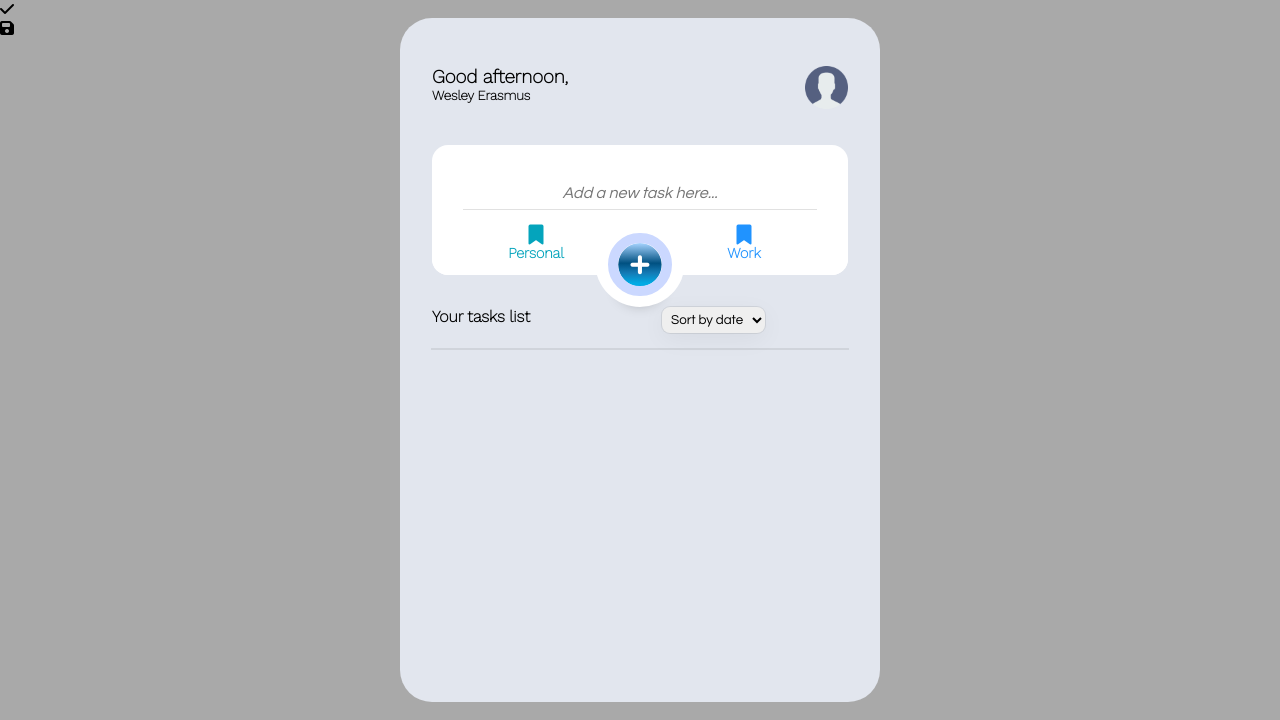
Repository: WesleyErasmus/Todo-App
Page: todoApp.html
The author's editor kept a copy of each file at every save. The page is drawn from the files as they stood at one save, then again after the next save.
The browser window is 1280 px wide. The pictures show the whole page.
Some web libraries are served in a nearby version.

Above is the page before, as saved 2022-06-13 14:31:21.

After the next save:
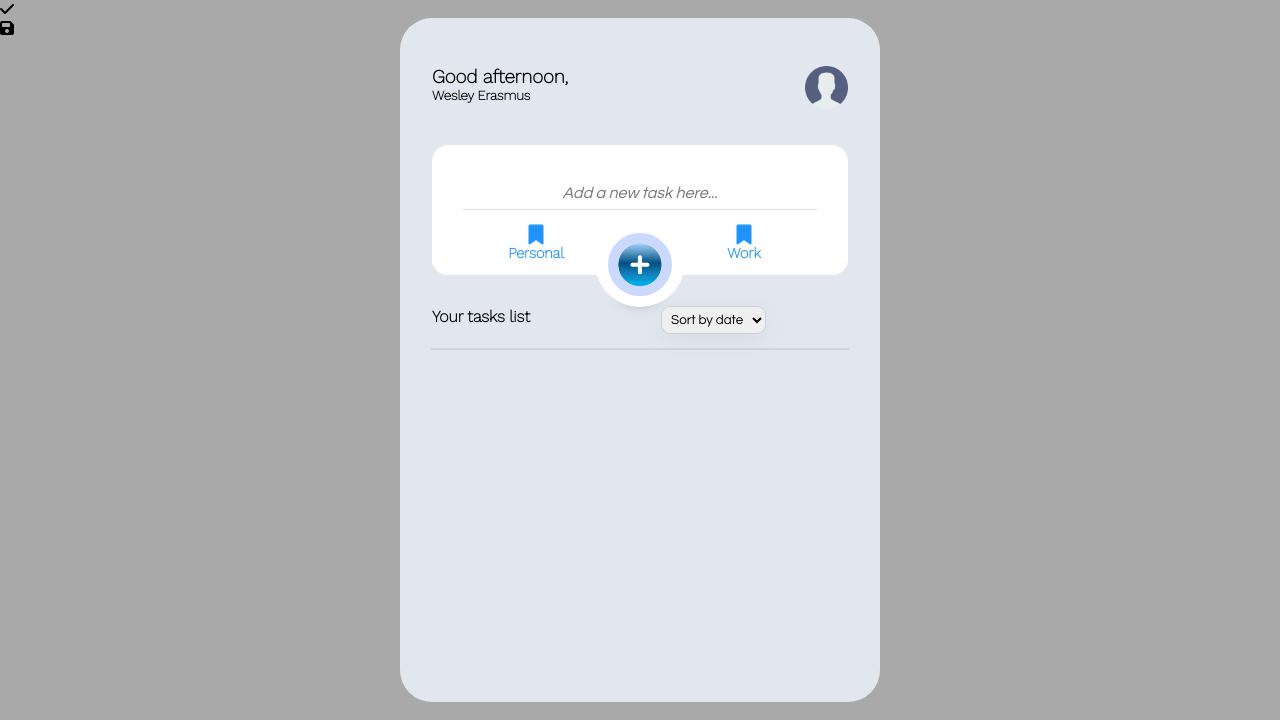
Saved 55 s later.
--- a/source/css/todoApp.css
+++ b/source/css/todoApp.css
@@ -5,7 +5,8 @@
   --background-color: #fff;
   --work: #2093ff;
   /* --personal: #0091a7e7; */
-  --personal: #04a4bc;
+  /* --personal: #04a4bc; */
+  --personal: #2093ff;
   --placeholder-text: #444444bc;
   --delete: #ff5e5ee3;
   --grey: #a9a9a9;
